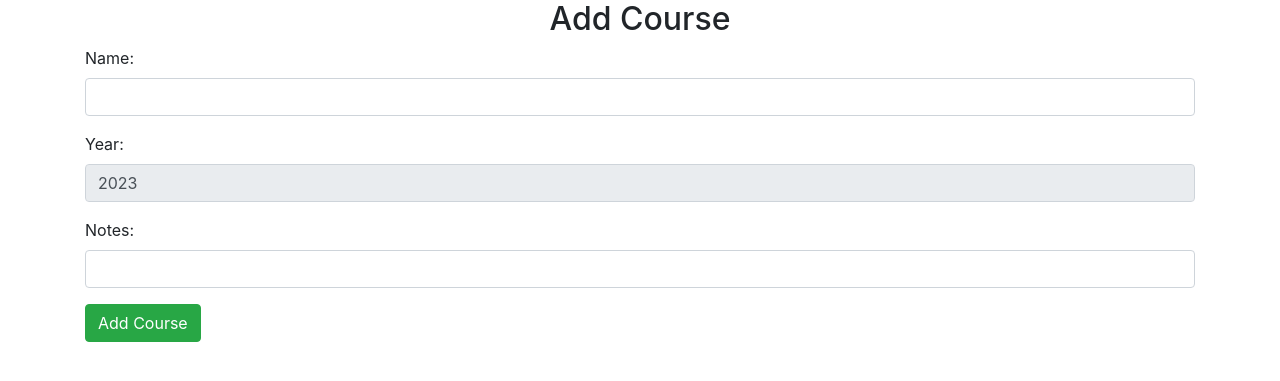
Repository: USTriett/Java-Servlet-JDBC-JSP-
Page: http://localhost/StudentManageServlet/addcourse
An editor plug-in stored every save of this project. The page is shown before and after the next save, followed by the edit.
The browser window is 1280 px wide. The pictures show the whole page.
The page is served by Tomcat 9. Other server files are loaded and not shown.

Above is the page before, as saved 2023-04-17 18:41:49.

### StudentManageServlet/src/main/webapp/WebContent/AddCourse.jsp
<%@ taglib uri="http://java.sun.com/jsp/jstl/core" prefix="c"%>
<%@page contentType="text/html" pageEncoding="UTF-8"%>


<!DOCTYPE html>
<html>
<head>
	<title>Add Student</title>
	<!-- Latest compiled and minified CSS -->
	<link rel="stylesheet" href="https://maxcdn.bootstrapcdn.com/bootstrap/4.4.1/css/bootstrap.min.css"/>

	<!-- jQuery library -->
	<script src="https://ajax.googleapis.com/ajax/libs/jquery/3.4.1/jquery.min.js"></script>

	<!-- Popper JS -->
	<script src="https://cdnjs.cloudflare.com/ajax/libs/popper.js/1.16.0/umd/popper.min.js"></script>

	<!-- Latest compiled JavaScript -->
	<script src="https://maxcdn.bootstrapcdn.com/bootstrap/4.4.1/js/bootstrap.min.js"></script>
	<meta charset="UTF-8">
</head>
<body>
	<div class="container">
		<div class="panel panel-primary">
			<div class="panel-heading">
				<h2 class="text-center">Add Course</h2>
			</div>
			<div class="panel-body">
                            <form method="post" accept-charset="utf-8">
				<div class="form-group">
				  <label for="usr">Name:</label>
                                  <input type="text" class="form-control" value=""  required id="usr" name="name"/>
				</div>
				<div class="form-group">
				  <label for="year">Year:</label>
                                  <input type="number" class="form-control" value=""  required id="cyear" name="year" disabled />
				</div>
				<div class="form-group">
				  <label for="notes">Notes:</label>
                                  <input type="text" class="form-control" id="notes" value="" name="notes"/>
				</div>
				<button class="btn btn-success">Add Course</button>
                            </form>
			</div>
		</div>
	</div>
</body>
<script>
function SendMessage() {
    alert("Add successful!");
}
var currentDate = new Date();
var year = currentDate.getFullYear();
var month = currentDate.getMonth() + 1;
var day = currentDate.getDate();

if (month < 10) {
    month = '0' + month;
}
if (day < 10) {
    day = '0' + day;
}


document.getElementById('cyear').value = year;
</script>
</html>

### StudentManageServlet/src/main/java/com/Servlet/AddCourseServlet.java
package com.Servlet;

import java.io.IOException;
import java.util.ArrayList;

import javax.servlet.RequestDispatcher;
import javax.servlet.ServletException;
import javax.servlet.annotation.WebServlet;
import javax.servlet.http.HttpServlet;
import javax.servlet.http.HttpServletRequest;
import javax.servlet.http.HttpServletResponse;

import com.dao.CourseList;
import com.model.Course;

/**
 * Servlet implementation class AddCourseServlet
 */
@WebServlet("/addcourse")
public class AddCourseServlet extends HttpServlet {
	private static final long serialVersionUID = 1L;

    /**
     * @see HttpServlet#HttpServlet()
     */
    public AddCourseServlet() {
        super();
        // TODO Auto-generated constructor stub
    }

	/**
	 * @see HttpServlet#doGet(HttpServletRequest request, HttpServletResponse response)
	 */
	protected void doGet(HttpServletRequest request, HttpServletResponse response) throws ServletException, IOException {
		// TODO Auto-generated method stub
		RequestDispatcher requestDispatcher = request.getRequestDispatcher("./WebContent/AddCourse.jsp");
		requestDispatcher.forward(request, response);
	}

	/**
	 * @see HttpServlet#doPost(HttpServletRequest request, HttpServletResponse response)
	 */
	protected void doPost(HttpServletRequest request, HttpServletResponse response) throws ServletException, IOException {
		// TODO Auto-generated method stub
		request.setCharacterEncoding("UTF-8");
		CourseList list = new CourseList();
		int id = list.getSize() + 1;
		String name = request.getParameter("name");
		ArrayList<Course> fCourses =  list.findbyName(name);
		if(!fCourses.isEmpty())
		{
			id = fCourses.get(0).getId();
		}
		int year = Integer.valueOf(request.getParameter("year"));

		String notes = request.getParameter("notes");

		Course c = new Course(id, year, name, notes);
		if(list.addCourse(c))
		{
			response.sendRedirect("./courses");

		}
	}

}

After the next save:
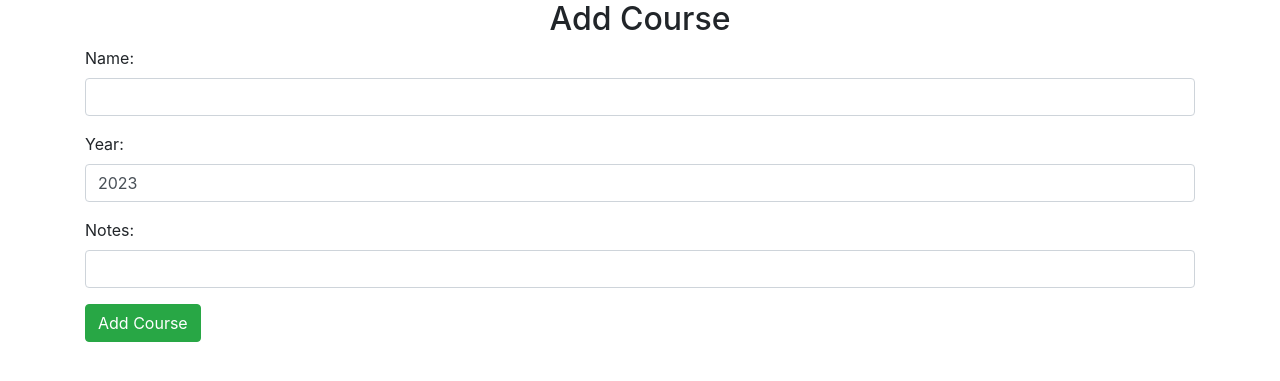
Saved 74 s later.
--- a/StudentManageServlet/src/main/webapp/WebContent/AddCourse.jsp
+++ b/StudentManageServlet/src/main/webapp/WebContent/AddCourse.jsp
@@ -33,7 +33,7 @@
 				</div>
 				<div class="form-group">
 				  <label for="year">Year:</label>
-                                  <input type="number" class="form-control" value=""  required id="cyear" name="year" disabled />
+                                  <input type="number" class="form-control" value=""  required id="cyear" name="year"/>
 				</div>
 				<div class="form-group">
 				  <label for="notes">Notes:</label>

After the save that followed:
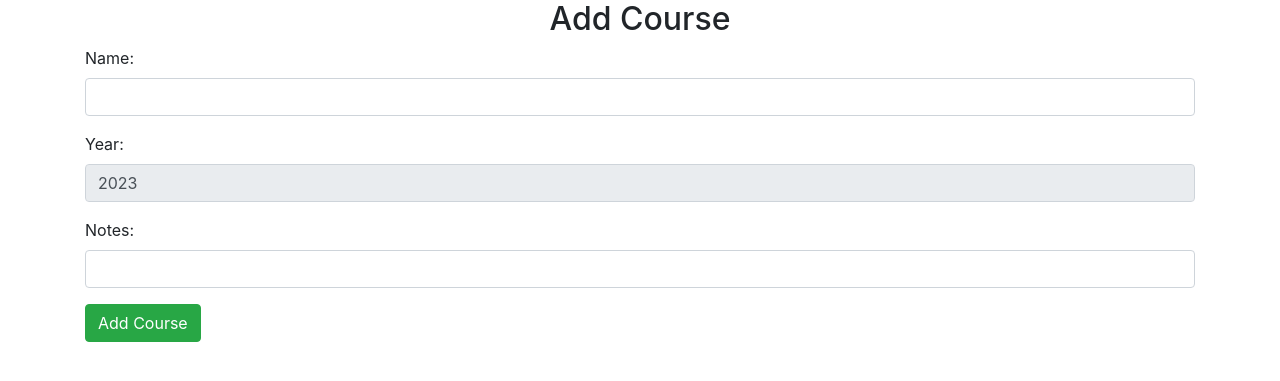
Saved 4 min 55 s later.
--- a/StudentManageServlet/src/main/webapp/WebContent/AddCourse.jsp
+++ b/StudentManageServlet/src/main/webapp/WebContent/AddCourse.jsp
@@ -33,7 +33,7 @@
 				</div>
 				<div class="form-group">
 				  <label for="year">Year:</label>
-                                  <input type="number" class="form-control" value=""  required id="cyear" name="year"/>
+                                  <input type="number" class="form-control" value=""  required id="cyear" name="year" readonly/>
 				</div>
 				<div class="form-group">
 				  <label for="notes">Notes:</label>
